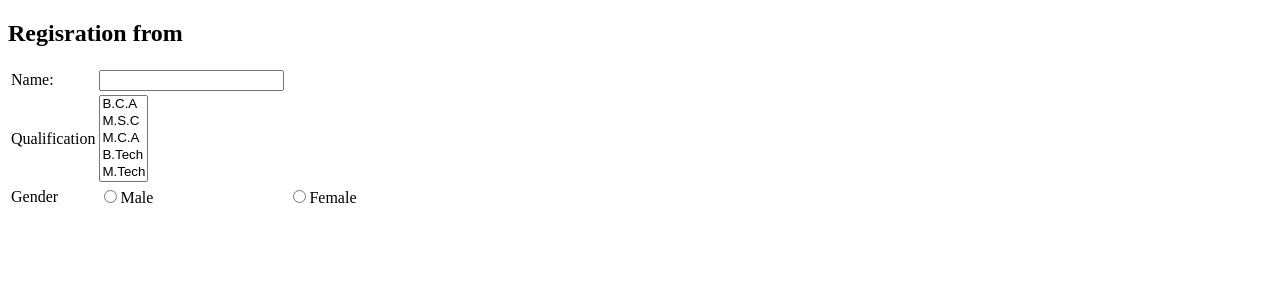
Repository: veeresh-kc/Servlet-Projects
Page: Servelet-Project-Demo2/src/main/webapp/html/index.html
An editor plug-in stored every save of this project. The page is shown before and after the next save, followed by the edit.
The browser window is 1280 px wide. The pictures show the whole page.

Above is the page before, as saved 2025-10-28 02:48:23.

After the next save:
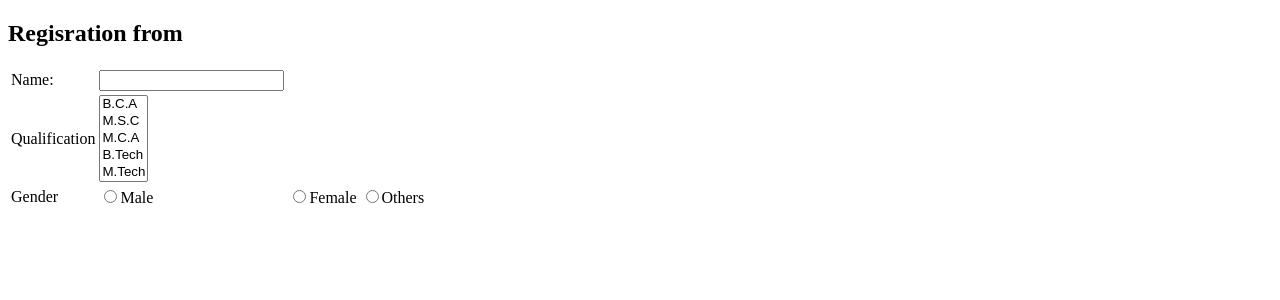
Saved 19 s later.
--- a/Servelet-Project-Demo2/src/main/webapp/html/index.html
+++ b/Servelet-Project-Demo2/src/main/webapp/html/index.html
@@ -26,6 +26,7 @@
 	<td>Gender</td>
 	<td><input type="radio" name="gender">Male</td>
 	<td><input type="radio" name="gender">Female</td>
+	<td><input type="radio" name="gender">Others</td>
 
 	</tr>
 
